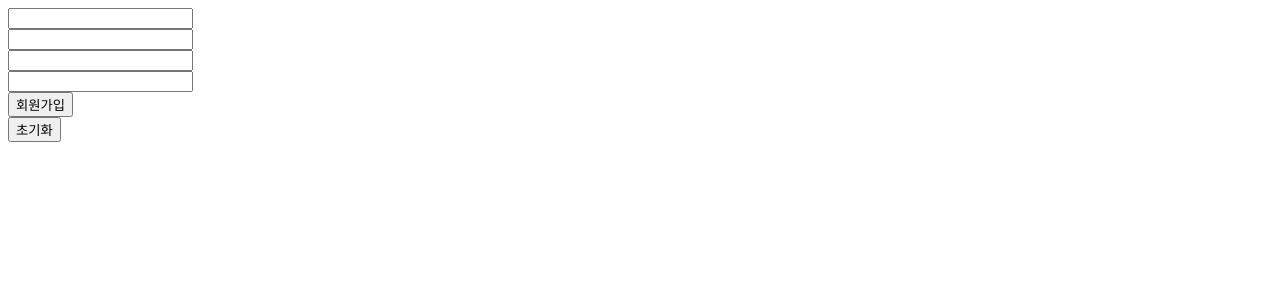
Repository: Kimhwawon/jsp_practice
Page: http://localhost/JSPBasic/JsObject/1.requests/req_join_form.jsp
The author's editor kept a copy of each file at every save. The page is drawn from the files as they stood at one save, then again after the next save.
The browser window is 1280 px wide. The pictures show the whole page.
The page is served by Tomcat 9.

Above is the page before, as saved 2022-02-04 02:11:37.

### JSPBasic/src/main/webapp/JsObject/1.requests/req_join_form.jsp
<%@ page language="java" contentType="text/html; charset=UTF-8"
    pageEncoding="UTF-8"%>
<!DOCTYPE html>
<html>
<head>
<meta charset="UTF-8">
<title>Insert title here</title>
</head>
<body>
	<form action="req_join_result.jsp" method="post">
		<input type= "text" name="id" > <br/>
		<input type="password" name="pw"><br/>
		<input type="text" name="name"><br/>
		<input type="text" name="eag"><br/>

		<input type="submit" value="회원가입"><br/>
		<input type="reset" value="초기화">
	</form>
</body>
</html>

After the next save:
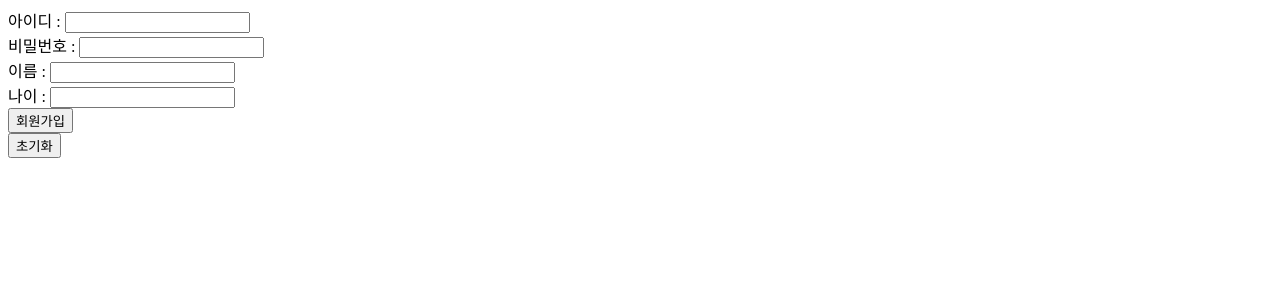
Saved 32 s later.
--- a/JSPBasic/src/main/webapp/JsObject/1.requests/req_join_form.jsp
+++ b/JSPBasic/src/main/webapp/JsObject/1.requests/req_join_form.jsp
@@ -8,10 +8,10 @@
 </head>
 <body>
 	<form action="req_join_result.jsp" method="post">
-		<input type= "text" name="id" > <br/>
-		<input type="password" name="pw"><br/>
-		<input type="text" name="name"><br/>
-		<input type="text" name="eag"><br/>
+		아이디 : <input type= "text" name="id" > <br/>
+		비밀번호 : <input type="password" name="pw"><br/>
+		이름 : <input type="text" name="name"><br/>
+		나이 : <input type="text" name="eag"><br/>
 
 		<input type="submit" value="회원가입"><br/>
 		<input type="reset" value="초기화">
